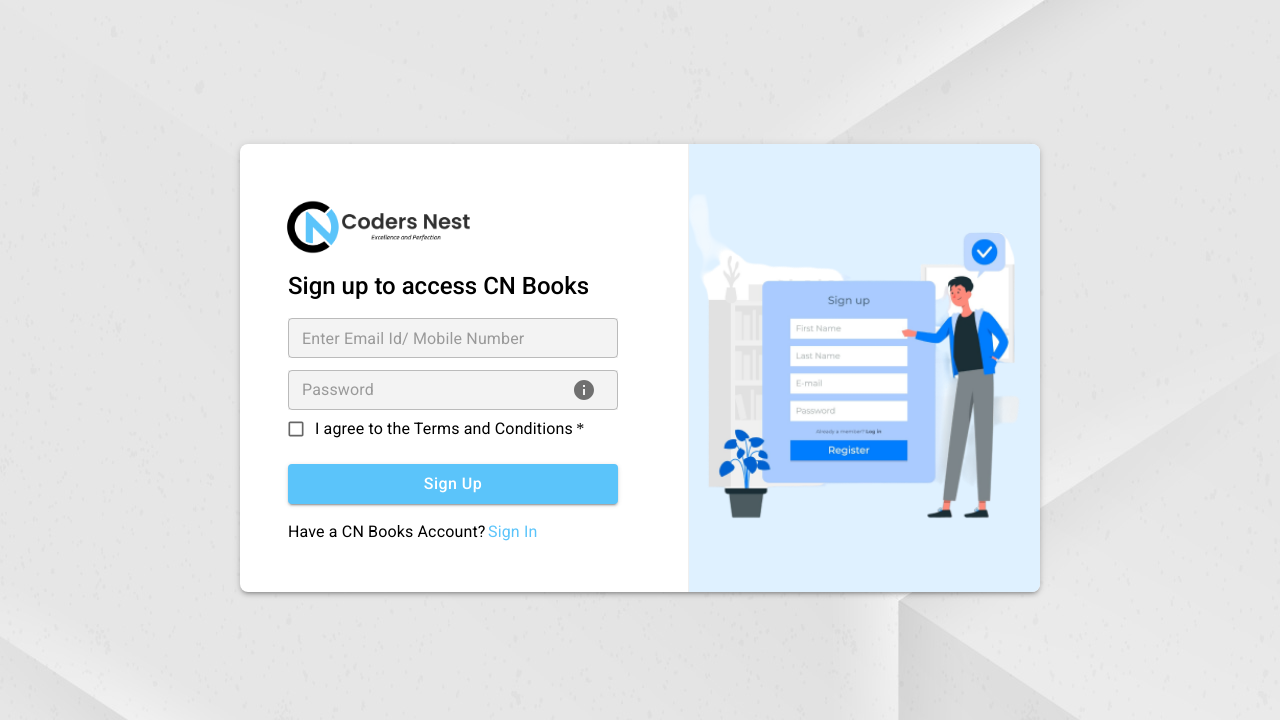
Repository: wajahadalishaik04/CN_Books
Page: /signup
The author's editor kept a copy of each file at every save. The page is drawn from the files as they stood at one save, then again after a run of saves.
The browser window is 1280 px wide. The pictures show the whole page.
The project was rebuilt for these pictures with package versions that can differ from the ones it lists, and the page was loaded fresh each time. Also part of the build but not shown: vite.config.js, src/pages/LoginScreen.jsx, src/pages/Signin.jsx, src/pages/OtpScreen.jsx, src/pages/VerifyScreen.jsx, src/components/Header.jsx, src/components/SideBar.jsx, src/components/Content.jsx and 7 more.

Above is the page before, as saved 2024-09-30 18:44:53.

After the next 2 saves:
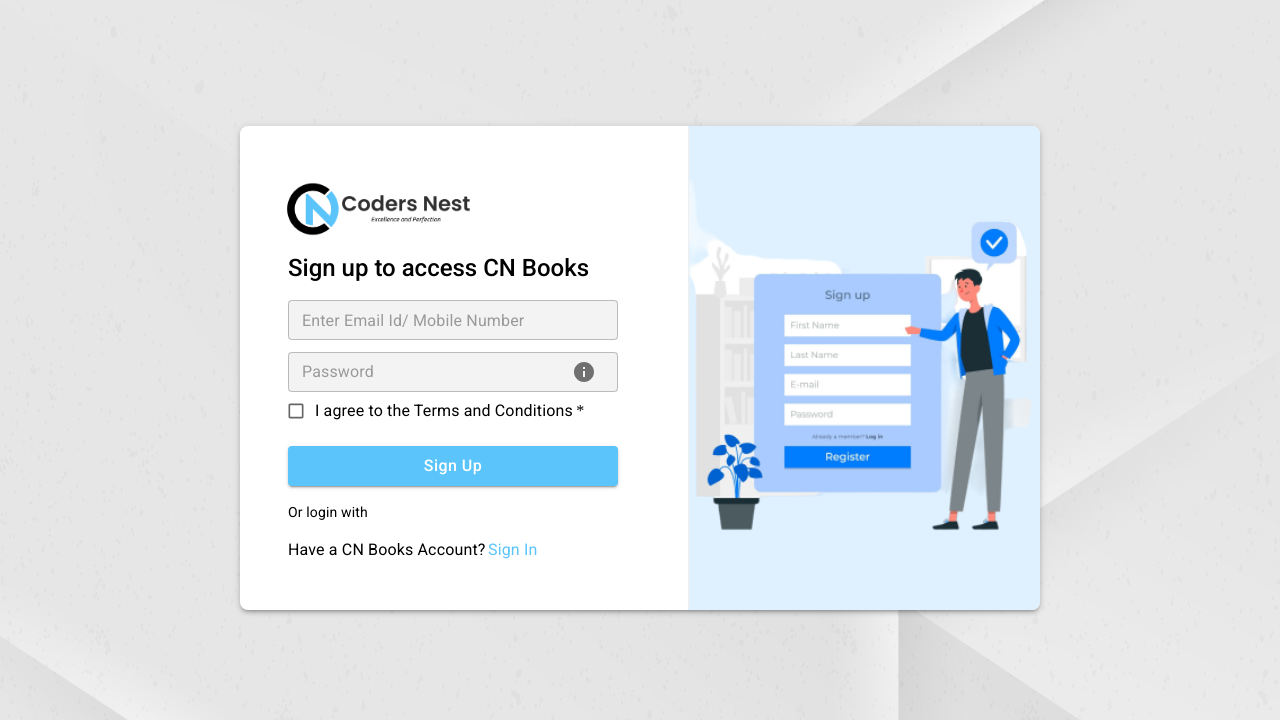
The 2 saves are shown as one change because they came seconds apart.
The last was saved 58 s later.
--- a/src/pages/SignUp.jsx
+++ b/src/pages/SignUp.jsx
@@ -258,6 +258,9 @@
             >
               Sign Up
             </Button>
+            <Typography variant="body2" color="#000000" mt={2}>
+              Or login with
+            </Typography>
 
             <Typography variant="body1" sx={{ fontWeight: 400 }} mt={2}>
               Have a CN Books Account?
